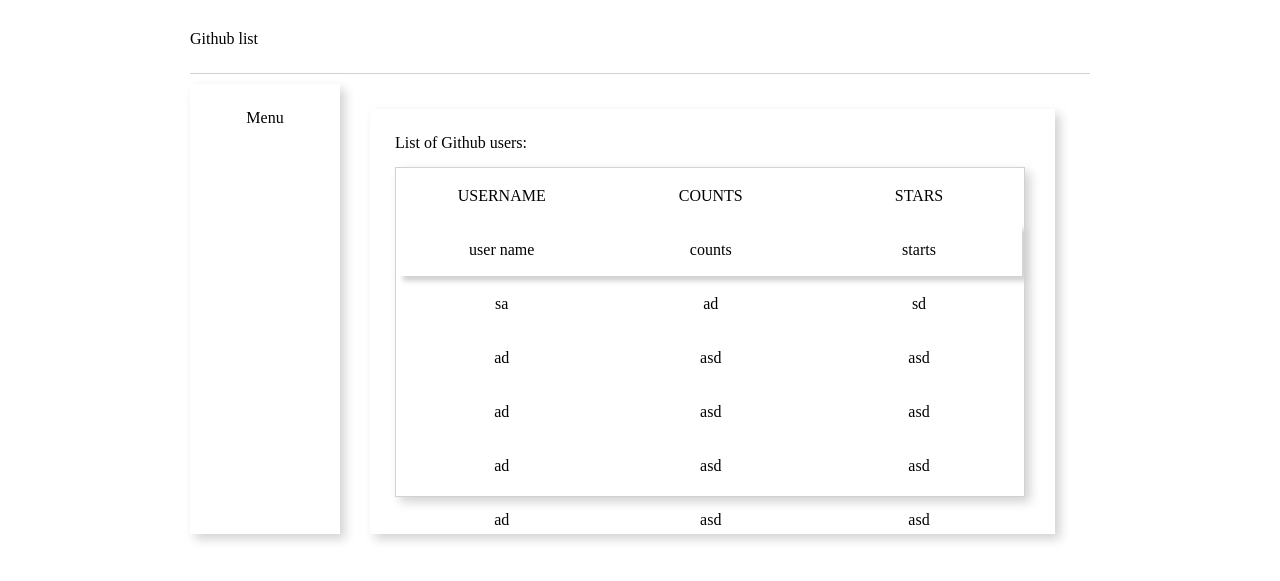
Repository: SzymonRoche/gitStars
Page: index.html
These files come from the project's save history. The page is drawn as it stood at one moment and after the next save; the edit follows.
The browser window is 1280 px wide. The pictures show the whole page.

Above is the page before, as saved 2020-02-15 18:29:41.

After the next save:
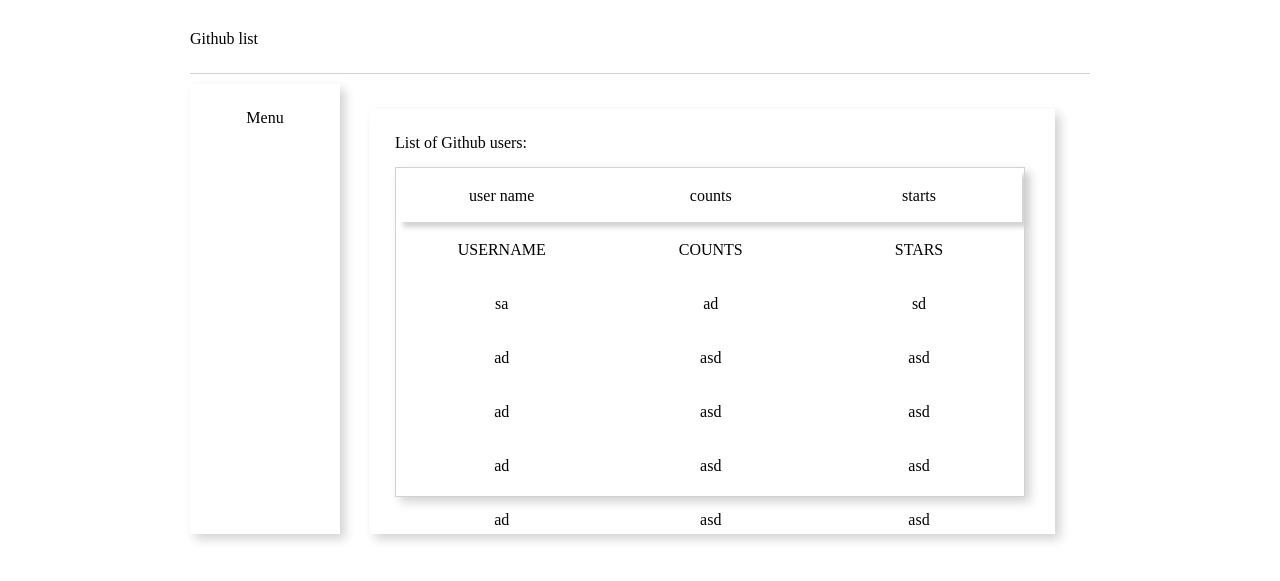
Saved 7 s later.
--- a/main.js
+++ b/main.js
@@ -4,7 +4,7 @@
 function CreateTabele() {
 
     const tab = document.querySelector(".my-table");
-    const tabela = tab.insertRow(0);
+    const tabela = tab.insertRow(1);
 
     const topLeft = tabela.insertCell(0);
     const topMiddle = tabela.insertCell(1);

After the save that followed:
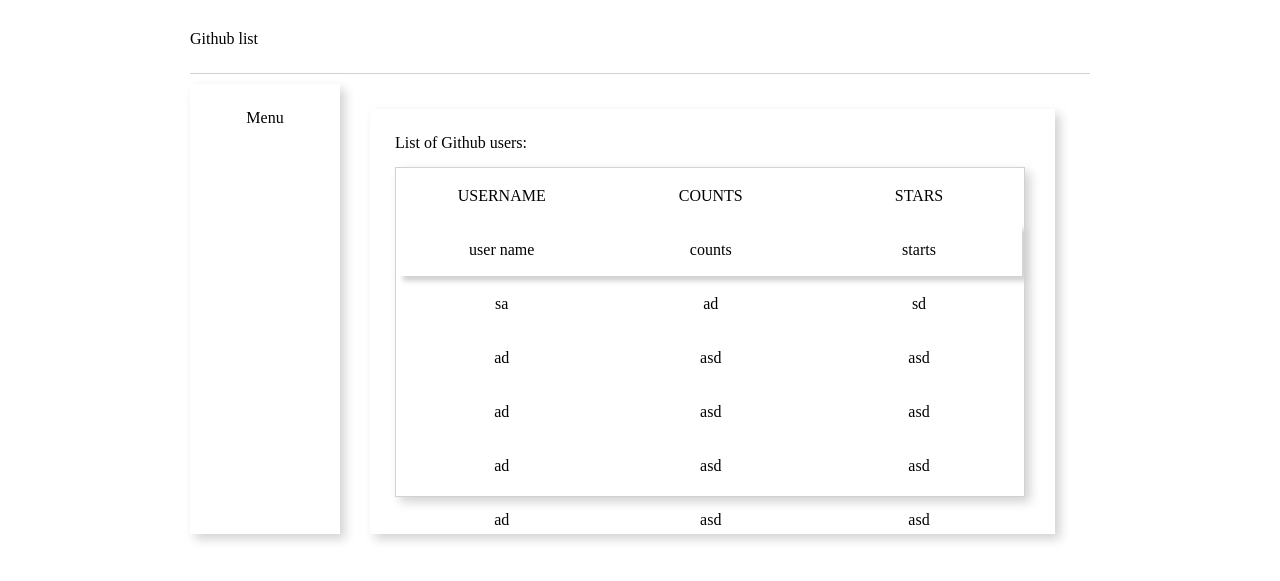
Saved 8 s later.
--- a/main.js
+++ b/main.js
@@ -4,7 +4,7 @@
 function CreateTabele() {
 
     const tab = document.querySelector(".my-table");
-    const tabela = tab.insertRow(1);
+    const tabela = tab.insertRow(0);
 
     const topLeft = tabela.insertCell(0);
     const topMiddle = tabela.insertCell(1);
